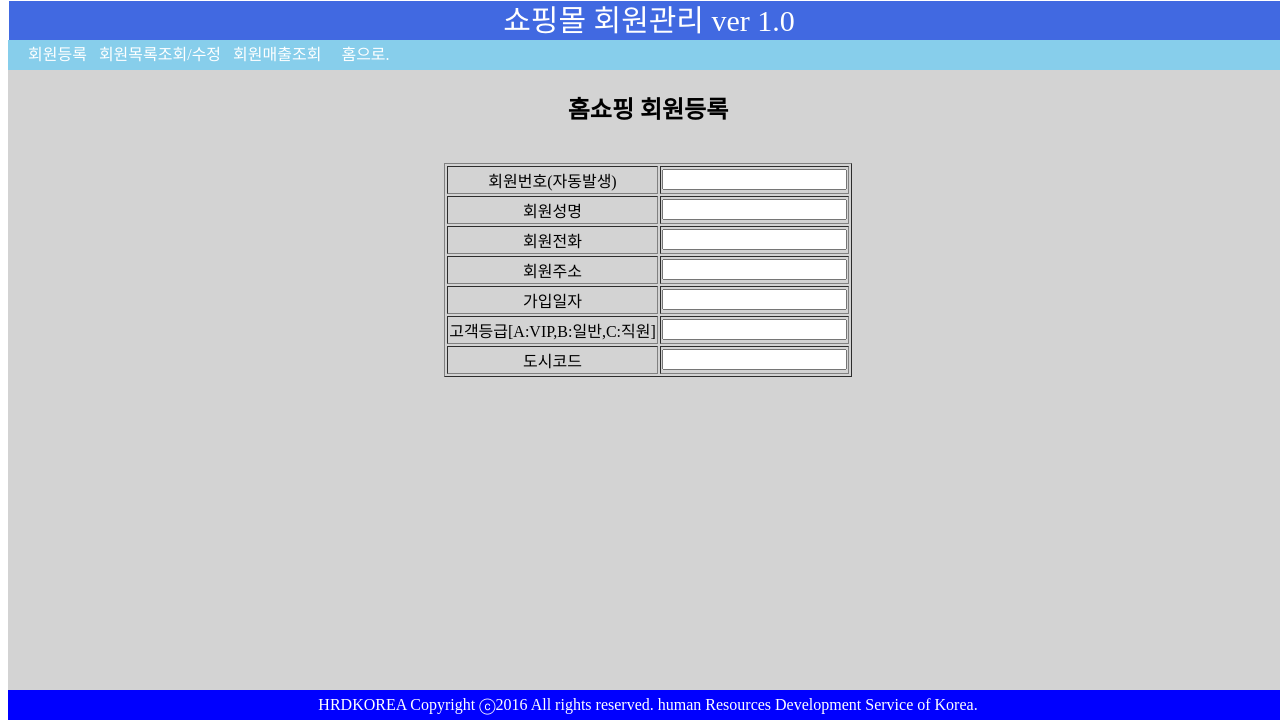
Repository: GotChun/license_practice
Page: http://localhost/HRD_8155/join.jsp
The author's editor kept a copy of each file at every save. The page is drawn from the files as they stood at one save, then again after the next save.
The browser window is 1280 px wide. The pictures show the whole page.
The page is served by Tomcat 9.

Above is the page before, as saved 2025-02-18 14:49:18.

After the next save:
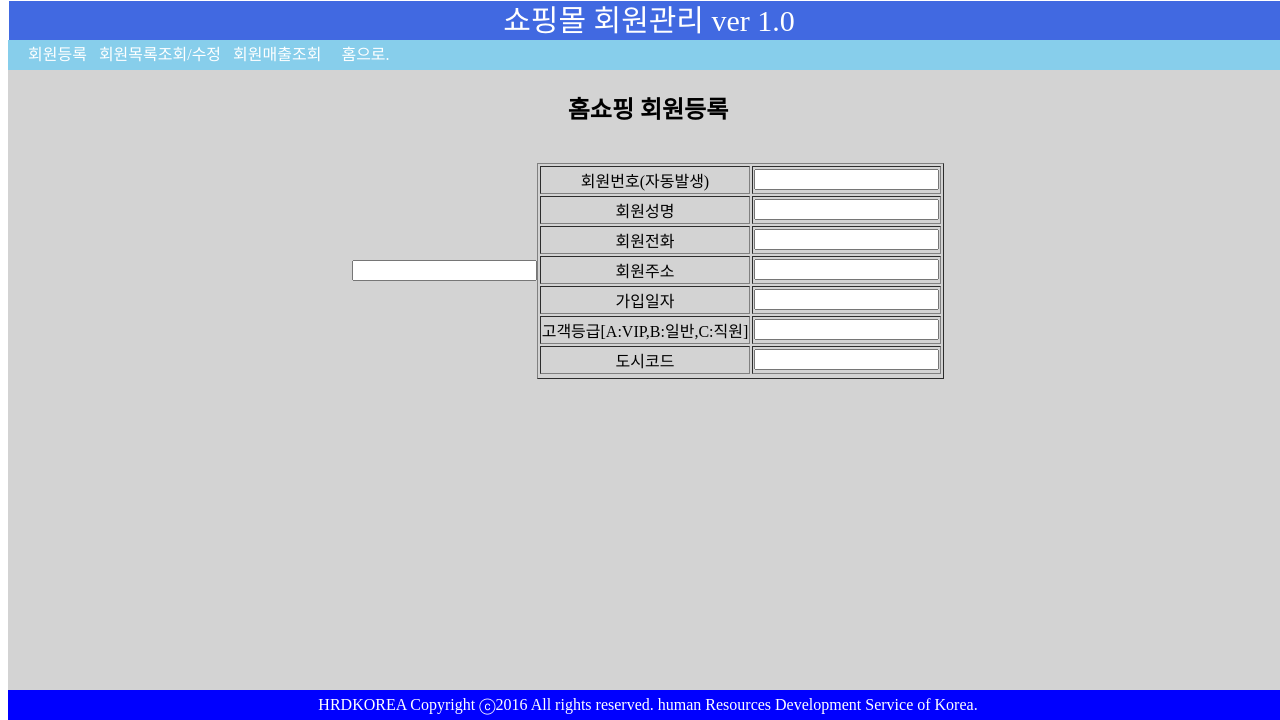
Saved 50 s later.
--- a/HRD_8155/src/main/webapp/join.jsp
+++ b/HRD_8155/src/main/webapp/join.jsp
@@ -47,6 +47,9 @@
 					<td>도시코드</td>
 					<td><input type="text" name="도시코드"></td>
 				</tr>
+				<tr>
+					<input>
+				</tr>
 			</table>
 		</form>
 
